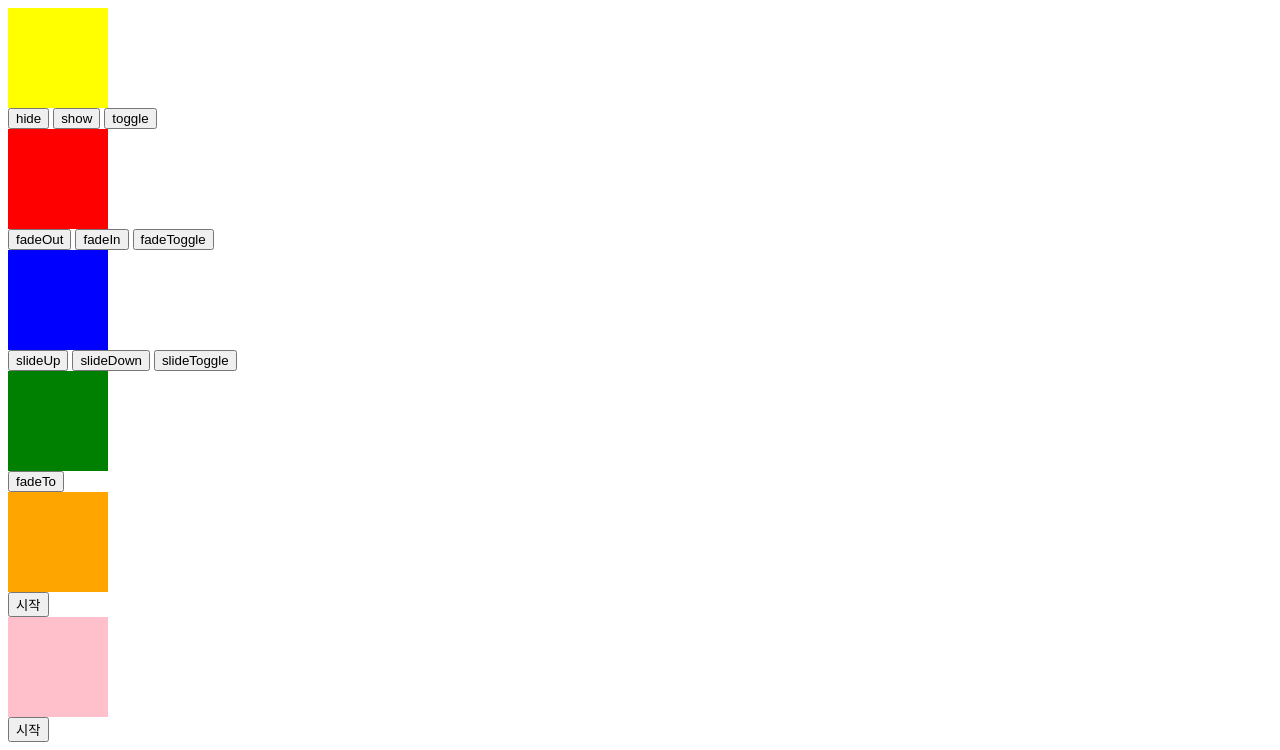
Repository: mjh1583/Hustar03_eGov
Page: http://localhost/JavaScript/js011.jsp
An editor plug-in stored every save of this project. The page is shown before and after the next save, followed by the edit.
The browser window is 1280 px wide. The pictures show the whole page.
The page is served by Tomcat 9.

Above is the page before, as saved 2021-05-07 01:31:34.

After the next save:
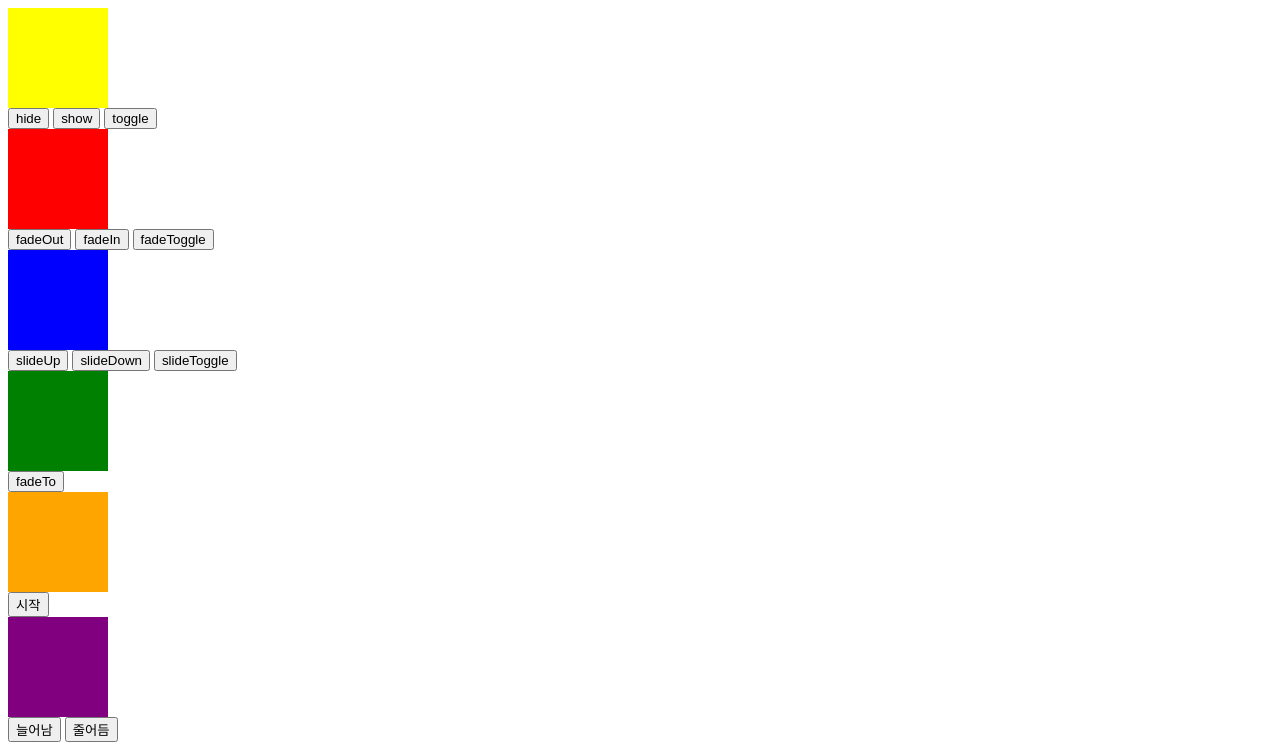
Saved 90 s later.
--- a/workspace/JavaScript/src/main/webapp/js011.jsp
+++ b/workspace/JavaScript/src/main/webapp/js011.jsp
@@ -39,8 +39,9 @@
 	</div>
 
 	<div>
-		<div id="div6" style="width: 100px; height: 100px; background-color: pink;"></div>
-		<input type="button" id="btn6_1" value="시작"/>
+		<div id="div6" style="width: 100px; height: 100px; background-color: purple;"></div>
+		<input type="button" id="btn6_1" value="늘어남"/>
+		<input type="button" id="btn6_2" value="줄어듬"/>
 	</div>
 
 
